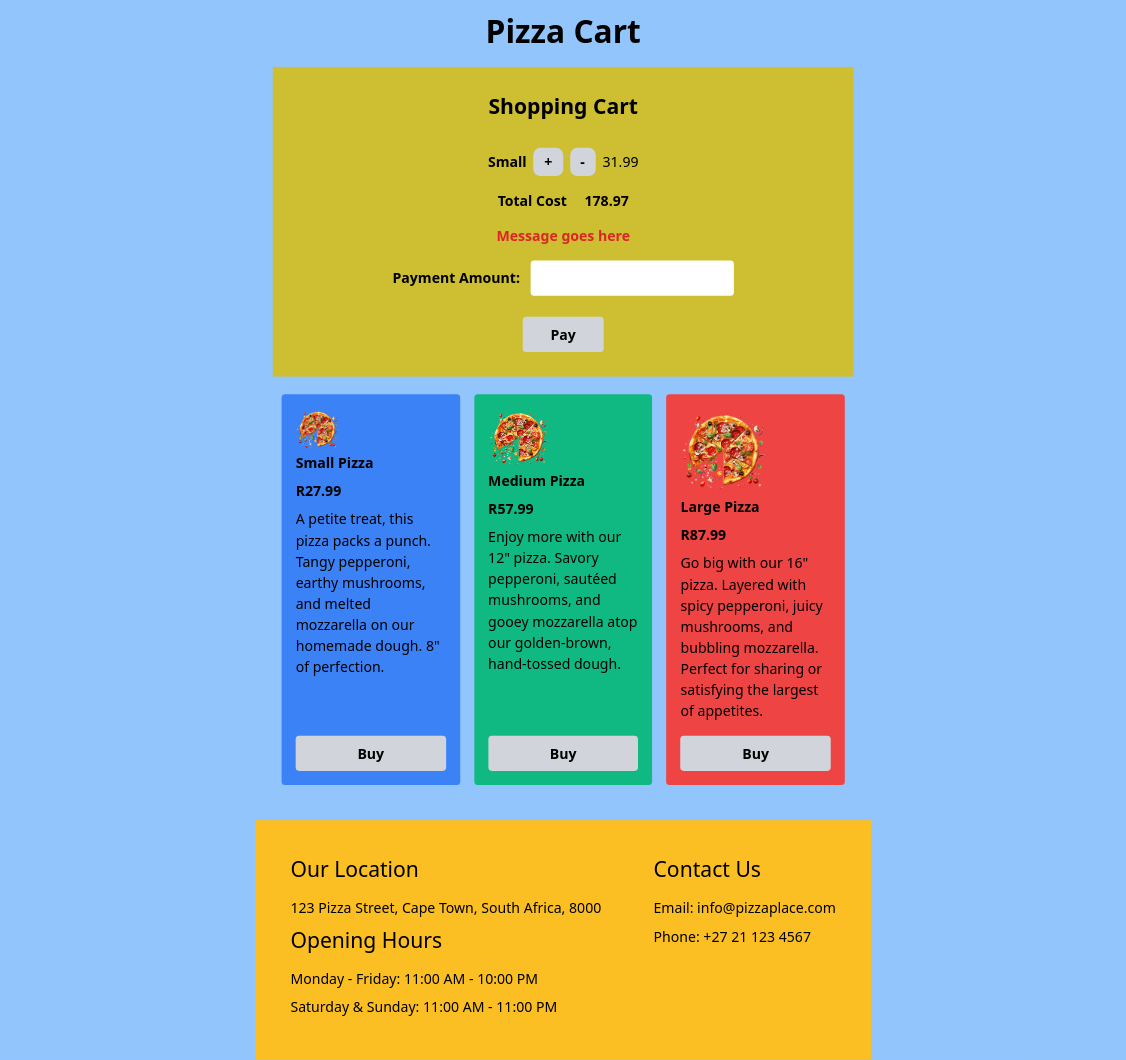
Repository: lasity34/pizza_cart
Page: index.html
These files come from the project's save history. The page is drawn as it stood at one moment and after the next save; the edit follows.
The browser window is 1280 px wide. The pictures show the whole page, at 88% of full size.
Some web libraries are served in a nearby version.

Above is the page before, as saved 2023-07-11 09:52:38.

After the next save:
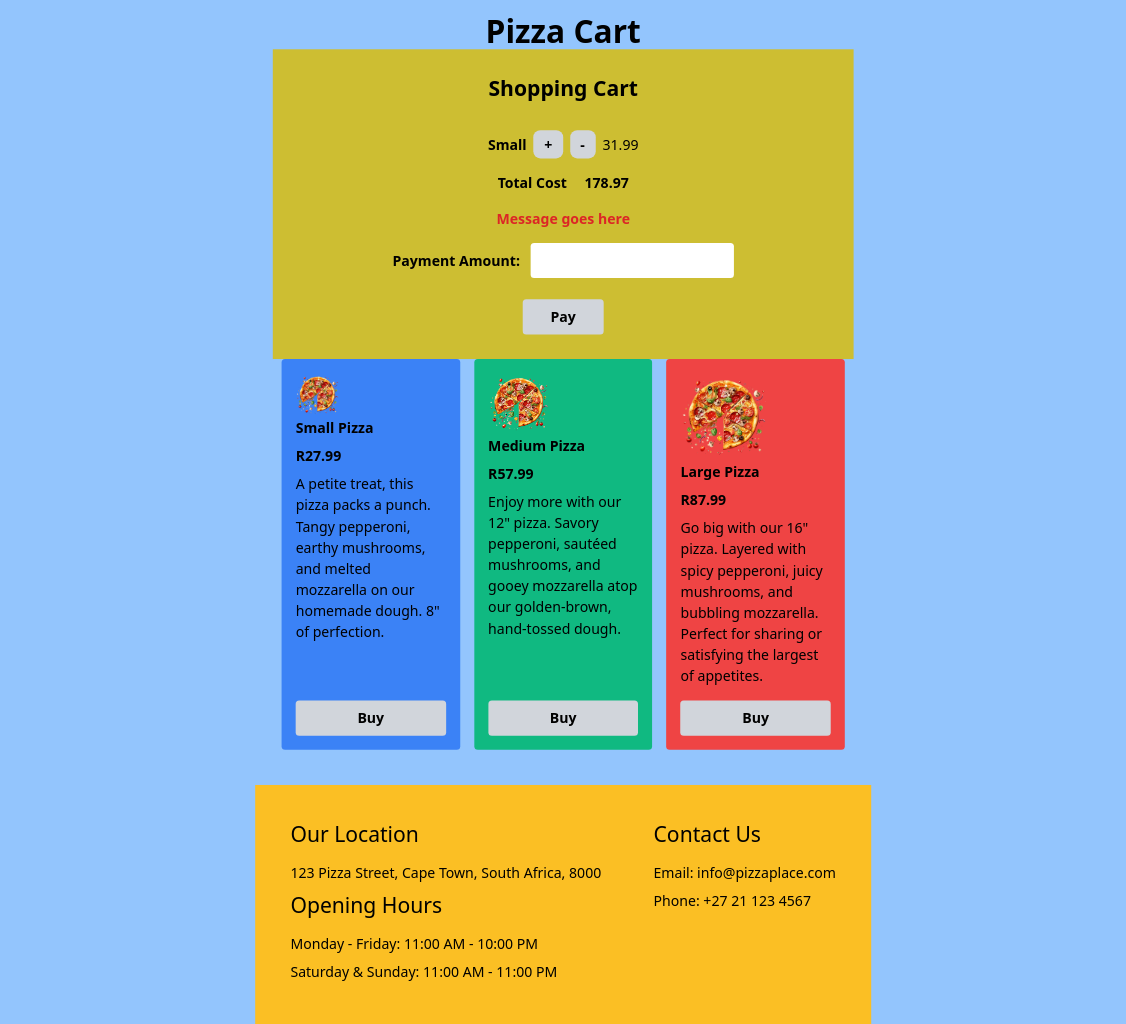
Saved 93 s later.
--- a/index.html
+++ b/index.html
@@ -16,7 +16,7 @@
       <h1 class="text-4xl pt-4 font-bold">Pizza Cart</h1>
     </section>
     <section
-      class="shop-container m-5 p-7 flex justify-center items-center flex-col"
+      class="shop-container mx-5 p-7 flex justify-center items-center flex-col"
     >
       <h2 class="text-2xl mb-2 font-bold">Shopping Cart</h2>
       <div class="mt-6 flex flex-col items-center">
